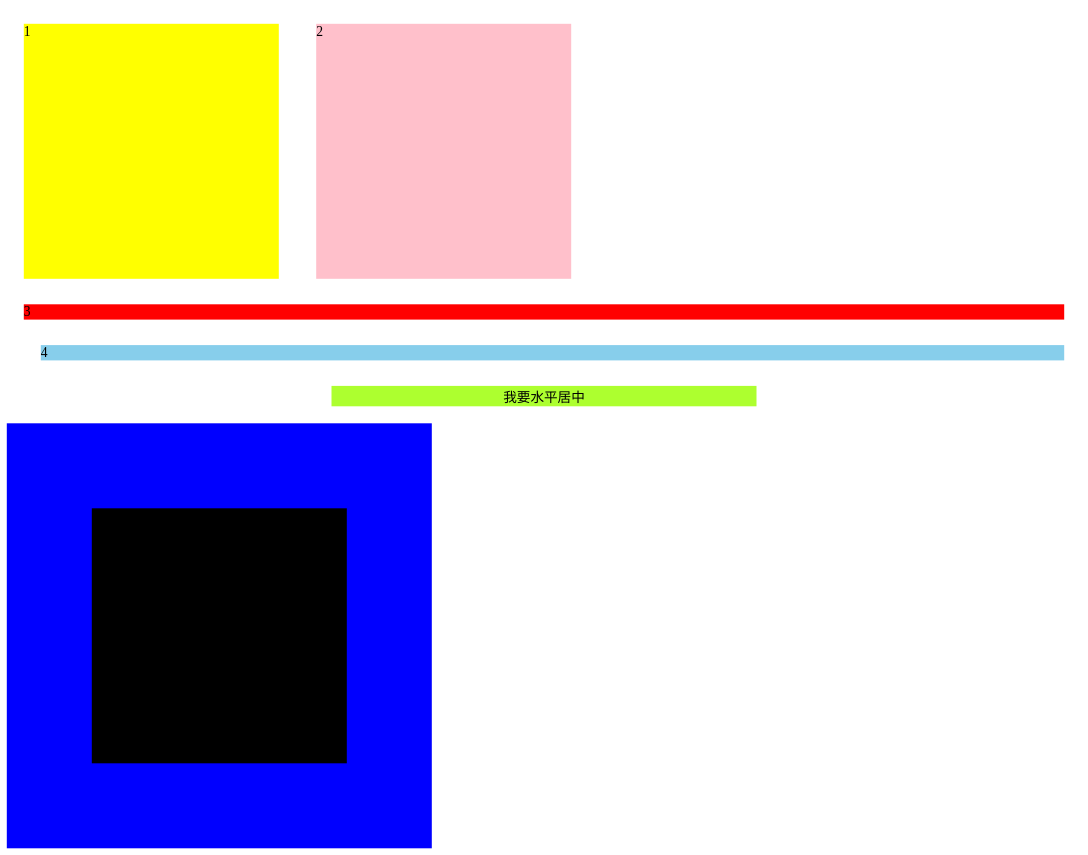
Repository: TheBestBadGuy0228/code
Page: 盒子之间的外边距.html
These files come from the project's save history. The page is drawn as it stood at one moment and after the next save; the edit follows.
The browser window is 1280 px wide. The pictures show the whole page, at 85% of full size.

Above is the page before, as saved 2021-11-29 14:01:26.

After the next save:
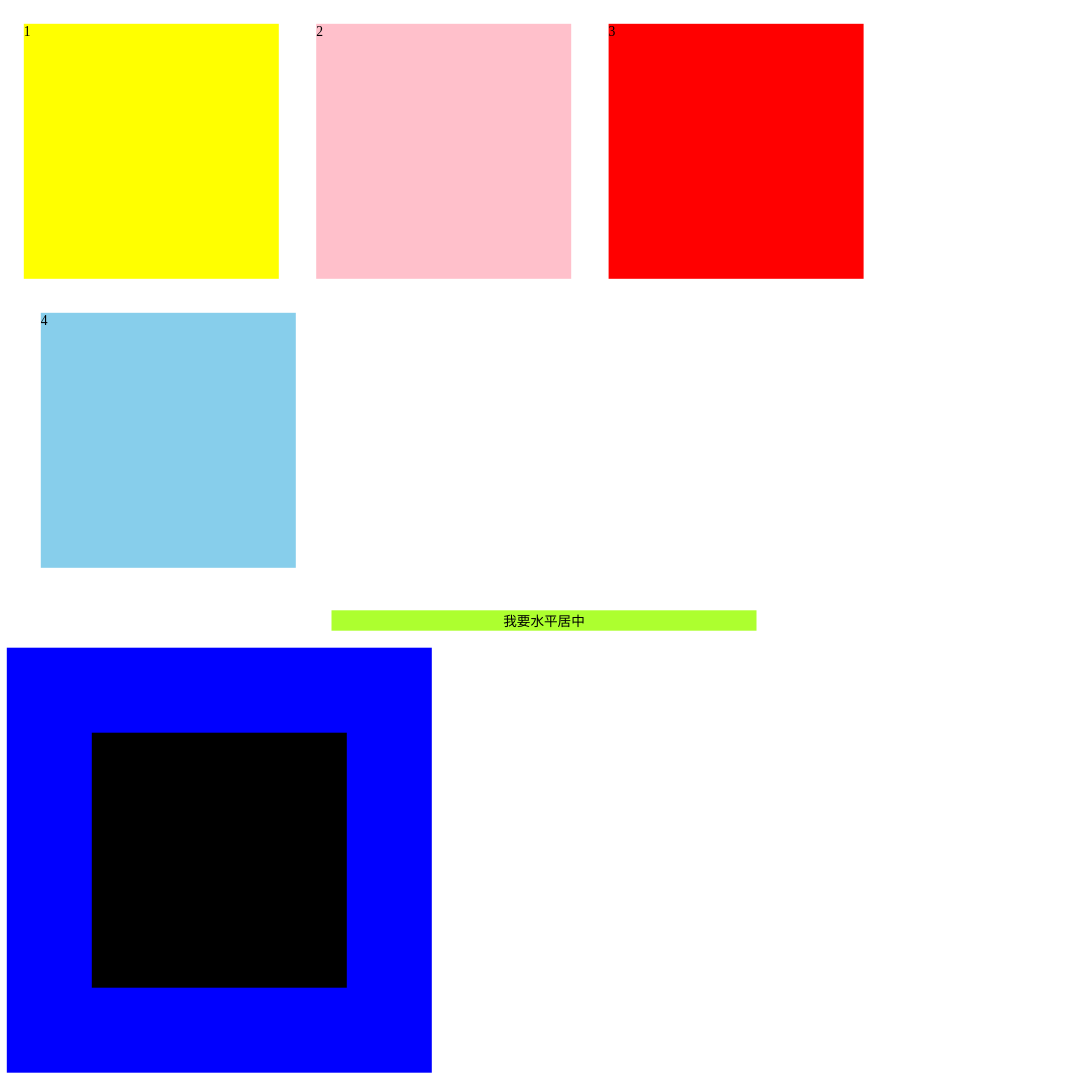
Saved 15 s later.
--- a/盒子之间的外边距.html
+++ b/盒子之间的外边距.html
@@ -37,7 +37,9 @@
         }
 
         .one,
-        .two {
+        .two,
+        .three,
+        .four {
             width: 300px;
             height: 300px;
             /* 转换为行内块元素 */
